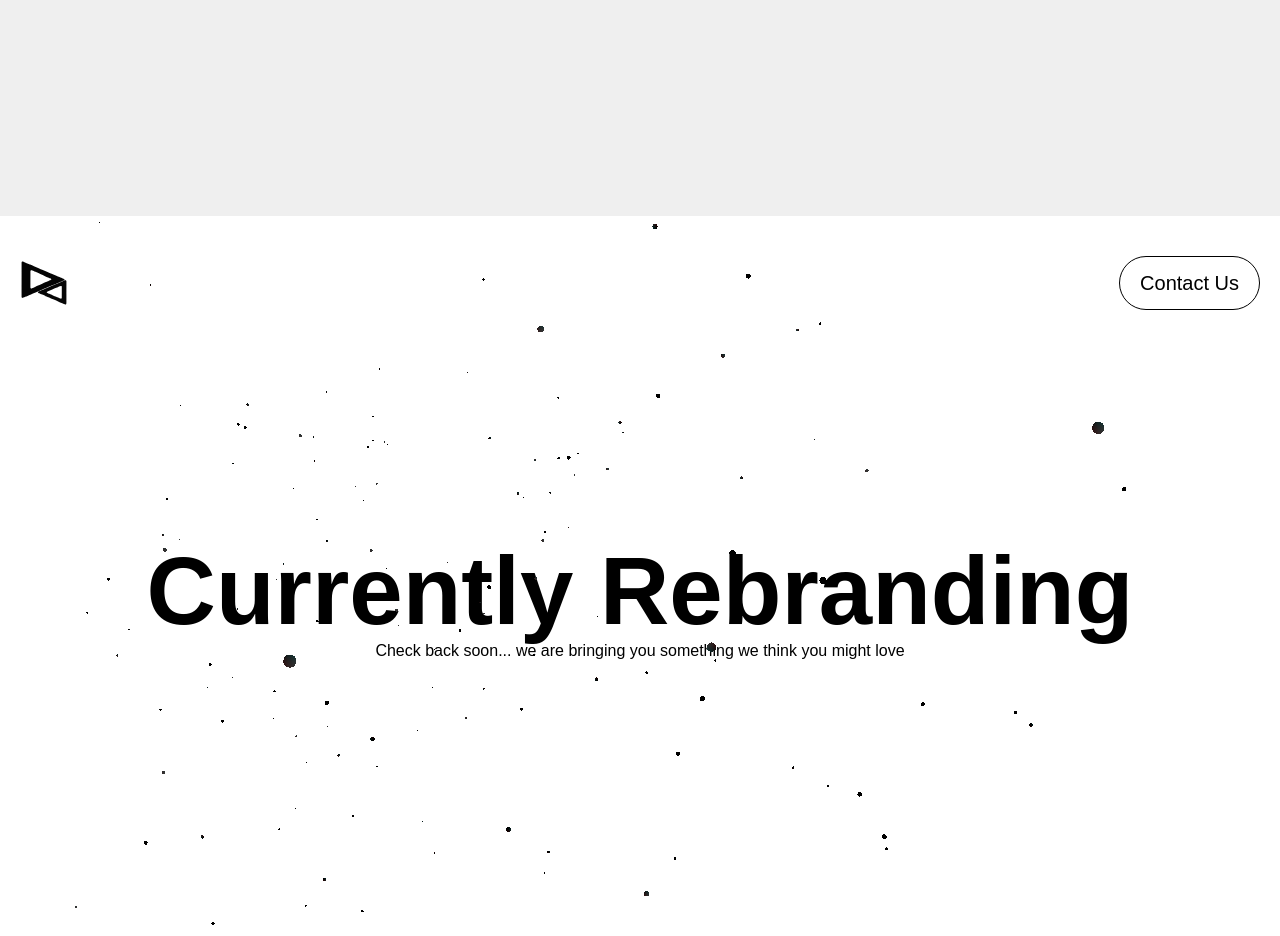
Repository: Cybugg/Nexxistudios-new
Page: /
An editor plug-in stored every save of this project. The page is shown before and after the next save, followed by the edit.
The browser window is 1280 px wide. The pictures show the whole page.
The project was rebuilt for these pictures with package versions that can differ from the ones it lists, and the page was loaded fresh each time. The framework's server and built-in components were replaced by stand-ins that run in the browser. Also part of the build but not shown: next.config.mjs.

Above is the page before, as saved 2025-09-06 15:39:23.

### app/layout.js
import { Geist, Geist_Mono } from "next/font/google";
import localFont from "next/font/local";
import "./globals.css";
import Particles from "./Effects/Particles";


const geistSans = Geist({
  variable: "--font-geist-sans",
  subsets: ["latin"],
});
const clashGrotesk = localFont({
  src:"./../public/fonts/TTF/ClashGrotesk-Variable.ttf",
  variable:"--font-clashGrotesk"
})

const geistMono = Geist_Mono({
  variable: "--font-geist-mono",
  subsets: ["latin"],
});

export const metadata = {
  title: "Create Next App",
  description: "Generated by create next app",
};

export default function RootLayout({ children }) {
  return (
    <html lang="en">
      <body
        className={`${geistSans.variable} ${geistMono.variable} antialiased relative ${clashGrotesk.variable} `}>
            <div className="absolute w-full h-screen">
              <Particles particleColors={['#000000', '#000000']}
    particleCount={300}
    particleSpread={10}
    speed={0.1}
    particleBaseSize={100}
    moveParticlesOnHover={true}
    alphaParticles={false}
    disableRotation={false}
  />
        </div>

        {children}
      </body>
    </html>
  );
}

### app/page.js
"use client"
import { useGSAP } from "@gsap/react";
import TopNav from "./components/topNav";
import gsap from 'gsap';
import { useRef } from "react";
import Particles from "./Effects/Particles";




export default function Home() {
  const boxRef = useRef(null);
  useGSAP(() => {

    gsap.to("#progress", {
      width:"95%",
      duration:3,
      ease: 'power2.out',
    });
  },);

  return (
    <div className="grid grid-rows-[20px_1fr_20px] min-h-screen p-3 px-5  sm:p-5 bg-white text-black font-clashGrotesk">
      <main className="flex flex-col  row-start-2 items-center mx-auto container" >

      {/* Nav section */}
  <TopNav />
      {/* Hero */}
      <section className="h-full w-full flex items-center justify-center">
    <div className="">
    {/* <div className="text-3xl">
    Re-branding in Progress...
    </div> */}
    <div className="flex flex-col items-center justify-center w-full">

{/* Main Text */}
<h1 className=" text-black flex items-center justify-center  w-full font-bold  text-8xl">
Currently Rebranding
</h1>
{/* Sub-text */}
<p>
  Check back soon... we are bringing you something we think you might love
</p>
    </div>

    <div>

    </div>
    </div>
      </section>

      </main>
      <footer className="row-start-3 flex gap-[24px] flex-wrap items-center justify-center">

      </footer>
    </div>
  );
}

### app/globals.css
@import "tailwindcss";

:root {
  --background: #ffffff;
  --foreground: #171717;
}

@theme inline {
  --color-background: var(--background);
  --color-foreground: var(--foreground);
  --font-sans: var(--font-geist-sans);
  --font-mono: var(--font-geist-mono);
}

@media (prefers-color-scheme: dark) {
  :root {
    --background: #0a0a0a;
    --foreground: #ededed;
  }
}

body {
  background: var(--background);
  color: var(--foreground);
  font-family: Arial, Helvetica, sans-serif;
}

@keyframes load {
  0% {
    top: 4.5rem;
  }
  70% {
    top: 1.125rem;
  }
  90% {
    top: 0;
  }
  95% {
    top: 0;
  }
  100% {
    top: 4.5rem;
  }
}
@keyframes liquid-1 {
  0% {
    height: 0;
    opacity: 0;
    top: -0.5rem;
  }
  22% {
    height: 0.28125rem;
    top: 0.375rem;
    opacity: 1;
  }
  25% {
    top: -0.25rem;
  }
  35% {
    height: 1.125rem;
    top: -0.5rem;
  }
  55% {
    height: 0.28125rem;
    top: -0.125rem;
  }
  60% {
    height: 0.61875rem;
    opacity: 1;
    top: -0.275rem;
  }
  96% {
    height: 0.84375rem;
    opacity: 0;
    top: 0.5rem;
  }
  100% {
    height: 0;
    opacity: 0;
  }
}
@keyframes liquid-2 {
  0% {
    height: 0;
    opacity: 0;
    top: -0.5rem;
  }
  17.5% {
    height: 0.28125rem;
    top: 0.2rem;
    opacity: 1;
  }
  20% {
    top: -0.25rem;
  }
  25% {
    height: 1.40625rem;
    top: -0.625rem;
  }
  45% {
    height: 0.28125rem;
    top: -0.125rem;
  }
  60% {
    height: 1.40625rem;
    opacity: 1;
    top: -0.5rem;
  }
  96% {
    height: 0.84375rem;
    opacity: 0;
    top: 0.5rem;
  }
  100% {
    height: 0;
    opacity: 0;
  }
}
.battery {
  display: inline-block;
  position: relative;
  width: 2.25rem;
  height: 4.5rem;
  box-shadow: 0 0 0 0.2rem #425c77;
  background: white;
  border-radius: 0.09rem;
}
.battery:before {
  content: "";
  position: absolute;
  left: 0.5625rem;
  right: 0.5625rem;
  top: -0.3375rem;
  height: 0.3375rem;
  width: 1.125rem;
  background: #425c77;
  border-radius: 0.18rem;
}
.battery:after {
  content: "";
  position: absolute;
  top: 0;
  bottom: 0;
  left: 0;
  right: 0;
  border-right: 2.25rem solid transparent;
  border-bottom: 4.05rem solid rgba(255, 255, 255, 0.325);
}

.liquid {
  position: absolute;
  top: 0;
  bottom: 0;
  left: 0;
  right: 0;
  width: 2.25rem;
  background: #71fb85;
  animation: load 2.25s infinite;
}
.liquid:after, .liquid:before {
  content: "";
  position: absolute;
  top: -0.5rem;
  height: 1.125rem;
  width: 1.4625rem;
  background: #71fb85;
  border-radius: 50%;
  opacity: 0;
}
.liquid:after {
  right: 0;
  animation: liquid-1 2.25s infinite;
}
.liquid:before {
  left: 0;
  animation: liquid-2 2.25s infinite;
}

body {
  padding-top: 30vh;
  background: #efefef;
  text-align: center;
}

@keyframes power {
  0% {
    color: #bcbcbc;
  }
  75% {
    color: #bcbcbc;
    text-shadow: none;
  }
  90% {
    color: #58fa70;
    text-shadow: 0 0 0.8em #71fb85;
  }
  100% {
    color: #bcbcbc;
    text-shadow: none;
  }
}
h5 {
  font-family: Lato, sans-serif;
  font-weight: 300;
  letter-spacing: 0.025rem;
  text-transform: uppercase;
  color: #bcbcbc;
  animation: power 2.25s infinite;
}

### app/Effects/Particles.js
"use client"

import { useEffect, useRef } from 'react';
import { Renderer, Camera, Geometry, Program, Mesh } from 'ogl';

const defaultColors = ['#ffffff', '#ffffff', '#ffffff'];

const hexToRgb = hex => {
  hex = hex.replace(/^#/, '');
  if (hex.length === 3) {
    hex = hex
      .split('')
      .map(c => c + c)
      .join('');
  }
  const int = parseInt(hex, 16);
  const r = ((int >> 16) & 255) / 255;
  const g = ((int >> 8) & 255) / 255;
  const b = (int & 255) / 255;
  return [r, g, b];
};

const vertex = /* glsl */ `
  attribute vec3 position;
  attribute vec4 random;
  attribute vec3 color;

  uniform mat4 modelMatrix;
  uniform mat4 viewMatrix;
  uniform mat4 projectionMatrix;
  uniform float uTime;
  uniform float uSpread;
  uniform float uBaseSize;
  uniform float uSizeRandomness;

  varying vec4 vRandom;
  varying vec3 vColor;

  void main() {
    vRandom = random;
    vColor = color;

    vec3 pos = position * uSpread;
    pos.z *= 10.0;

    vec4 mPos = modelMatrix * vec4(pos, 1.0);
    float t = uTime;
    mPos.x += sin(t * random.z + 6.28 * random.w) * mix(0.1, 1.5, random.x);
    mPos.y += sin(t * random.y + 6.28 * random.x) * mix(0.1, 1.5, random.w);
    mPos.z += sin(t * random.w + 6.28 * random.y) * mix(0.1, 1.5, random.z);

    vec4 mvPos = viewMatrix * mPos;

    if (uSizeRandomness == 0.0) {
      gl_PointSize = uBaseSize;
    } else {
      gl_PointSize = (uBaseSize * (1.0 + uSizeRandomness * (random.x - 0.5))) / length(mvPos.xyz);
    }

    gl_Position = projectionMatrix * mvPos;
  }
`;

const fragment = /* glsl */ `
  precision highp float;

  uniform float uTime;
  uniform float uAlphaParticles;
  varying vec4 vRandom;
  varying vec3 vColor;

  void main() {
    vec2 uv = gl_PointCoord.xy;
    float d = length(uv - vec2(0.5));

    if(uAlphaParticles < 0.5) {
      if(d > 0.5) {
        discard;
      }
      gl_FragColor = vec4(vColor + 0.2 * sin(uv.yxx + uTime + vRandom.y * 6.28), 1.0);
    } else {
      float circle = smoothstep(0.5, 0.4, d) * 0.8;
      gl_FragColor = vec4(vColor + 0.2 * sin(uv.yxx + uTime + vRandom.y * 6.28), circle);
    }
  }
`;

const Particles = ({
  particleCount = 200,
  particleSpread = 10,
  speed = 0.1,
  particleColors,
  moveParticlesOnHover = false,
  particleHoverFactor = 1,
  alphaParticles = false,
  particleBaseSize = 100,
  sizeRandomness = 1,
  cameraDistance = 20,
  disableRotation = false,
  className
}) => {
  const containerRef = useRef(null);
  const mouseRef = useRef({ x: 0, y: 0 });

  useEffect(() => {
    const container = containerRef.current;
    if (!container) return;

    const renderer = new Renderer({ depth: false, alpha: true });
    const gl = renderer.gl;
    container.appendChild(gl.canvas);
    gl.clearColor(0, 0, 0, 0);

    const camera = new Camera(gl, { fov: 15 });
    camera.position.set(0, 0, cameraDistance);

    const resize = () => {
      const width = container.clientWidth;
      const height = container.clientHeight;
      renderer.setSize(width, height);
      camera.perspective({ aspect: gl.canvas.width / gl.canvas.height });
    };
    window.addEventListener('resize', resize, false);
    resize();

    const handleMouseMove = e => {
      const rect = container.getBoundingClientRect();
      const x = ((e.clientX - rect.left) / rect.width) * 2 - 1;
      const y = -(((e.clientY - rect.top) / rect.height) * 2 - 1);
      mouseRef.current = { x, y };
    };

    if (moveParticlesOnHover) {
      container.addEventListener('mousemove', handleMouseMove);
    }

    const count = particleCount;
    const positions = new Float32Array(count * 3);
    const randoms = new Float32Array(count * 4);
    const colors = new Float32Array(count * 3);
    const palette = particleColors && particleColors.length > 0 ? particleColors : defaultColors;

    for (let i = 0; i < count; i++) {
      let x, y, z, len;
      do {
        x = Math.random() * 2 - 1;
        y = Math.random() * 2 - 1;
        z = Math.random() * 2 - 1;
        len = x * x + y * y + z * z;
      } while (len > 1 || len === 0);
      const r = Math.cbrt(Math.random());
      positions.set([x * r, y * r, z * r], i * 3);
      randoms.set([Math.random(), Math.random(), Math.random(), Math.random()], i * 4);
      const col = hexToRgb(palette[Math.floor(Math.random() * palette.length)]);
      colors.set(col, i * 3);
    }

    const geometry = new Geometry(gl, {
      position: { size: 3, data: positions },
      random: { size: 4, data: randoms },
      color: { size: 3, data: colors }
    });

    const program = new Program(gl, {
      vertex,
      fragment,
      uniforms: {
        uTime: { value: 0 },
        uSpread: { value: particleSpread },
        uBaseSize: { value: particleBaseSize },
        uSizeRandomness: { value: sizeRandomness },
        uAlphaParticles: { value: alphaParticles ? 1 : 0 }
      },
      transparent: true,
      depthTest: false
    });

    const particles = new Mesh(gl, { mode: gl.POINTS, geometry, program });

    let animationFrameId;
    let lastTime = performance.now();
    let elapsed = 0;

    const update = t => {
      animationFrameId = requestAnimationFrame(update);
      const delta = t - lastTime;
      lastTime = t;
      elapsed += delta * speed;

      program.uniforms.uTime.value = elapsed * 0.001;

      if (moveParticlesOnHover) {
        particles.position.x = -mouseRef.current.x * particleHoverFactor;
        particles.position.y = -mouseRef.current.y * particleHoverFactor;
      } else {
        particles.position.x = 0;
        particles.position.y = 0;
      }

      if (!disableRotation) {
        particles.rotation.x = Math.sin(elapsed * 0.0002) * 0.1;
        particles.rotation.y = Math.cos(elapsed * 0.0005) * 0.15;
        particles.rotation.z += 0.01 * speed;
      }

      renderer.render({ scene: particles, camera });
    };

    animationFrameId = requestAnimationFrame(update);

    return () => {
      window.removeEventListener('resize', resize);
      if (moveParticlesOnHover) {
        container.removeEventListener('mousemove', handleMouseMove);
      }
      cancelAnimationFrame(animationFrameId);
      if (container.contains(gl.canvas)) {
        container.removeChild(gl.canvas);
      }
    };
    // eslint-disable-next-line react-hooks/exhaustive-deps
  }, [
    particleCount,
    particleSpread,
    speed,
    moveParticlesOnHover,
    particleHoverFactor,
    alphaParticles,
    particleBaseSize,
    sizeRandomness,
    cameraDistance,
    disableRotation
  ]);

  return <div ref={containerRef} className={`relative w-full h-full ${className}`} />;
};

export default Particles;

### app/components/topNav.js
import Image from 'next/image';
import React from 'react'
import logo from "@/assets/images/logo-light.svg"

function TopNav() {
  return (
    <div className="flex justify-between items-center w-full">
    {/* Logo */}
    <div>
      <Image src={logo} width={48} height={46} alt="nexxistudios's logo" />
    </div>
    <ul>
      <li className="py-3 px-5 text-xl rounded-full border cursor-pointer">
Contact Us
      </li>
    </ul>
  </div>
  )
}

export default TopNav;

After the next save:
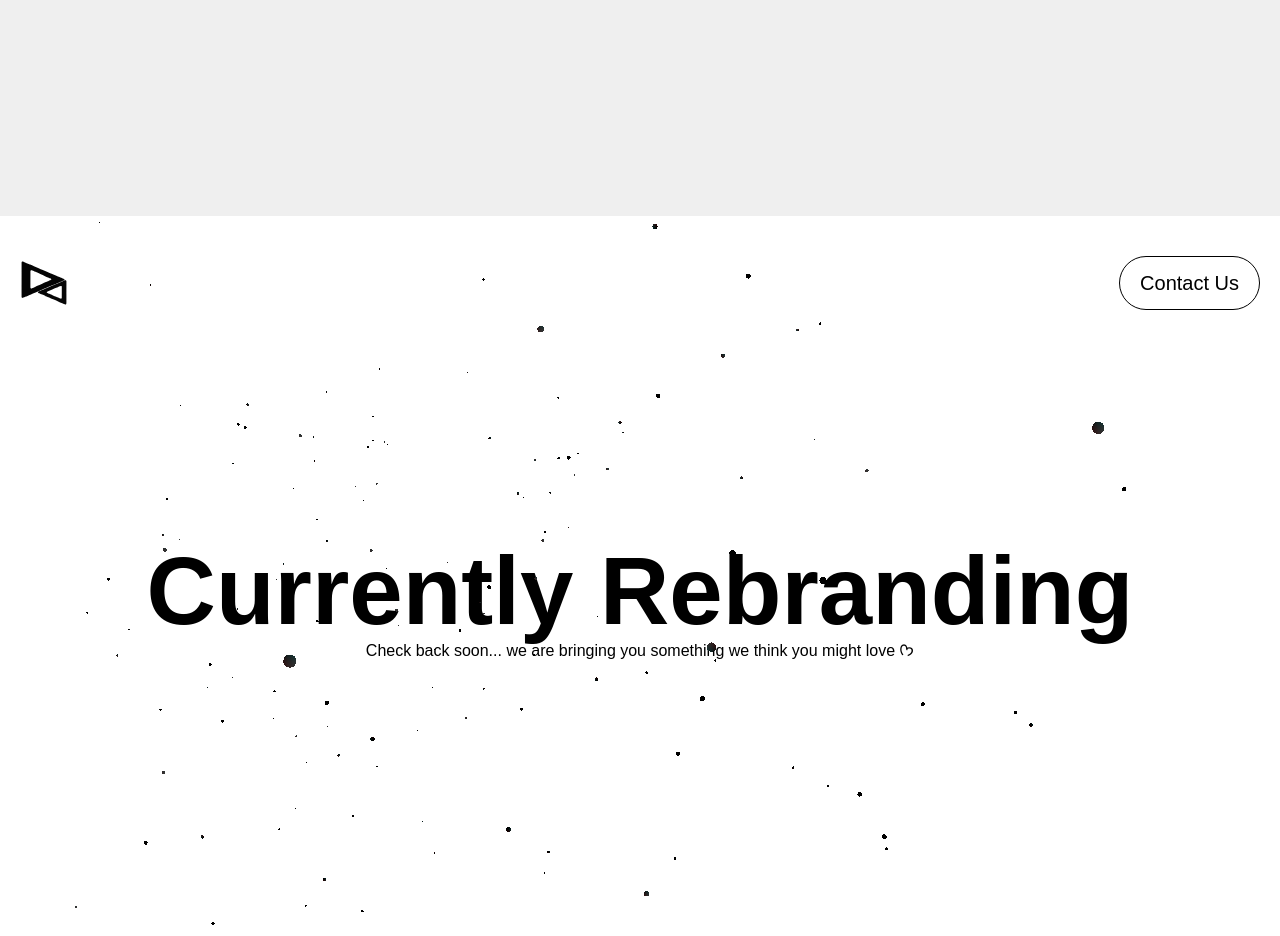
Saved 50 s later.
--- a/app/page.js
+++ b/app/page.js
@@ -39,7 +39,7 @@ Currently Rebranding
 </h1>
 {/* Sub-text */}
 <p>
-  Check back soon... we are bringing you something we think you might love
+  Check back soon... we are bringing you something we think you might love ᡣ𐭩
 </p>
     </div>
 
